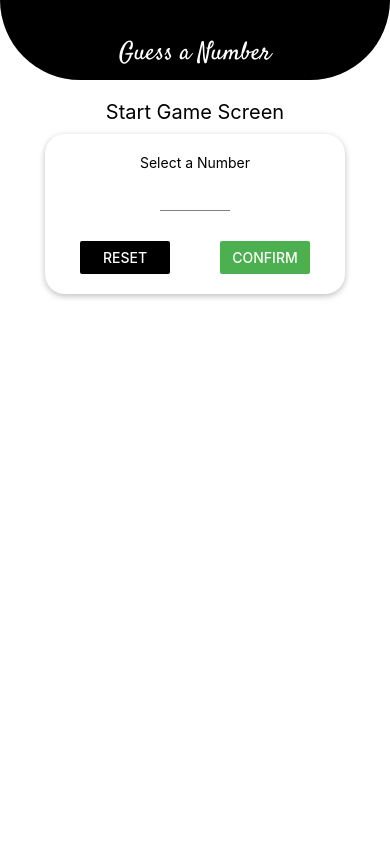
Repository: oguzhan18m/react-native-guess-number-game
Screen: /
These files come from the project's save history. The screen is drawn as it stood at one moment and after the next save; the edit follows.
The app was drawn by React Native's web renderer in a window 390 px wide. The project was rebuilt for these pictures with package versions that can differ from the ones it lists, and the page was loaded fresh each time. Some packages were replaced by stand-ins written for this rebuild. Also part of the build but not shown: screens/GameScreen.js, screens/GameOver.js.

Above is the screen before, as saved 2021-03-05 17:03:22.

### App.js
import React, { useState } from 'react';
import { StyleSheet, Text, View } from 'react-native';
import Header from './components/Header';
import StartGameScreen from './screens/StartGameScreen';
import GameScreen from './screens/GameScreen';
import GameOver from './screens/GameOver';
import * as Font from 'expo-font';
import { useFonts } from 'expo-font';
import AppLoading from 'expo-app-loading';

const fetchFonts = () => {
  return Font.loadAsync({
    'Satisfy' : require('./assets/fonts/Satisfy-Regular.ttf'),
  })
}

export default function App() {
  const [userNumber, setUserNumber] = useState();
  const [guessRounds, setGuessRounds] = useState(0);
  const [dataLoaded , setDataLoaded] = useState(false);


  if(!dataLoaded){
    return (
      <AppLoading startAsync={fetchFonts}  onFinish={() => setDataLoaded(true)}  onError={(err)=>console.log(err)} />
    )
  }


  const configureNewGameHandler = () =>{
    setGuessRounds(0);
    setUserNumber(null);
  }

  const startGameHandler = (selectedNum) =>{
    setUserNumber(selectedNum);
  }

    const gameOverHandler = (numOfRounds) =>{
      setGuessRounds(numOfRounds);
  }

  let content = <StartGameScreen onStartGame={startGameHandler} />;

  console.log(userNumber);

  if(userNumber && guessRounds <=0 ){
    content=<GameScreen userChoice={userNumber} onGameOver={gameOverHandler} />
  }else if(guessRounds >0){
    content= <GameOver roundsNumber={guessRounds} userNumber={userNumber} configureNewGameHandler={configureNewGameHandler} />;
  }
  return (
    <View style={styles.screen}>
      <Header title='Guess a Number' />
      {content}
    </View>
  );
}

const styles = StyleSheet.create({
  screen:{
    flex:1,

  }
});

### components/Header.js
import React from 'react';
import { StyleSheet, Text, View } from 'react-native';
import Colors from '../constants/Colors';

const Header = (props) => {
    return (
        <View style={styles.header}>
            <Text style={styles.headerTitle}>{props.title}</Text>

        </View>
    )
}

const styles = StyleSheet.create({
    header:{
        width:'100%',
        height:80,
        paddingTop:36,
        backgroundColor:'black',
        alignItems:'center',
        justifyContent:'center',
        borderBottomLeftRadius:150,
        borderBottomRightRadius:150,
    },
    headerTitle:{
        color:'white',
        fontSize:25,
        fontFamily:'Satisfy',
        marginBottom:10,
    }
});

export default Header;

### screens/StartGameScreen.js
import React, { useState } from 'react';
import { Button, StyleSheet, Text, View, TouchableWithoutFeedback, Keyboard, Alert } from 'react-native';
import Card from '../components/Card';
import Input from '../components/Input';
import Colors from '../constants/Colors';

const StartGameScreen = (props) => {
    const [ enteredValue, setEnteredValue] = useState('');
    const [ confirmed, setConfirmed] = useState(false);
    const [ selectedNumber, setSelectedNumber] = useState();



    const numberInputHandler = (inputText) =>{
        setEnteredValue(inputText);
    }

    const resetInputHandler = () =>{
        setEnteredValue('');
        setConfirmed(false);
    }

    const confirmInputHandler = () =>{
        const chosenNumber = parseInt(enteredValue);
        if(chosenNumber === NaN || chosenNumber <= 0 || chosenNumber > 99 ){
            Alert.alert('Invalid Number!' , 'Number has to be between 1 and 99.' ,[{text:'Okay', style:'destructive', onPress:resetInputHandler}]);
            return ;
        }
        setConfirmed(true);
        setSelectedNumber(chosenNumber);
        setEnteredValue('');
        Keyboard.dismiss()
    }

    let confirmedOutput;
    if(confirmed){
        confirmedOutput = (
            <Card style={styles.summaryContainer}>
                <Text>You selected</Text>
                <View style={styles.numberContainer}>
                    <Text style={styles.theNumber}>{selectedNumber}</Text>
                </View>
                <Button title='START GAME' onPress={()=> props.onStartGame(selectedNumber)} />
            </Card>
        )
    }
    return (
        <TouchableWithoutFeedback onPress={()=>Keyboard.dismiss()}>
        <View style={styles.screen}>
            <Text style={styles.title}>Start Game Screen</Text>
            <Card style={styles.inputContainer}>
                <Text>Select a Number</Text>
                <Input  style={styles.input}
                blurOnSubmit
                autoCapitalize='none'
                autoCorrect={false}
                keyboardType='number-pad'
                maxLength={2}
                onChangeText={numberInputHandler}
                value={enteredValue}
                />
                <View style={styles.buttonContainer}>
                    <View style={styles.button}>
                    <Button title='Reset' onPress={resetInputHandler} color={Colors.accent} />
                    </View>
                    <View style={styles.button}>
                    <Button title='Confirm' onPress={confirmInputHandler} color={Colors.primary} />
                    </View>
                </View>
            </Card>
            {confirmedOutput}
        </View>
        </TouchableWithoutFeedback>
    )
}

const styles = StyleSheet.create({
    screen : {
        flex:1,
        padding:10,
        alignItems:'center',

    },
    title:{
        fontSize:20,
        marginVertical:10,

    },
    buttonContainer:{
        flexDirection:'row',
        alignItems:'center',
        justifyContent:'space-between',
        width:'100%',
        paddingHorizontal:15,
    },
    inputContainer:{
        width:'80%',
        minWidth:300,
        alignItems:'center',
    },
    button: {
        width:90,
    },
    input:{
        width:70,
        textAlign:'center',
        marginBottom:30,
    },
    summaryContainer:{
        marginTop:20,
        alignItems:'center',
        width:'60%',
    },
    numberContainer:{
        borderWidth:5,
        borderColor: Colors.accent,
        padding:10,
        borderRadius:10,
        marginVertical:10,
        alignItems:'center',
        justifyContent:'center',
    },
    theNumber:{
        color:Colors.accent,
        fontSize:22,
    }

});

export default StartGameScreen;

### constants/Colors.js
export default {
    primary:'#4CAF50',
    accent:'black',
}

### components/Card.js
import React from 'react';
import { Button, StyleSheet, Text, TextInput, View } from 'react-native';

const Card = (props) => {
    return (
        <View style={{...styles.card, ...props.style}}>
            {props.children}
        </View>
    )
}



const styles = StyleSheet.create({
    card:{
        shadowColor:'black',
        shadowOffset:{width:0, height:2},
        shadowRadius:6,
        shadowOpacity:0.26,
        backgroundColor:'white',
        elevation:5,
        padding:20,
        borderRadius:20,
    }
});
export default Card;

### components/Input.js
import React from 'react';
import { Button, StyleSheet, Text, TextInput, View } from 'react-native';

const Input = (props) => {
    return (
            <TextInput {...props} style={{...styles.input , ...props.style }} />
    )
};


const styles = StyleSheet.create({
    input:{
        height:30,
        borderBottomColor:'grey',
        borderBottomWidth:1,
        marginVertical:10,
    }
});

export default Input;

After the next save:
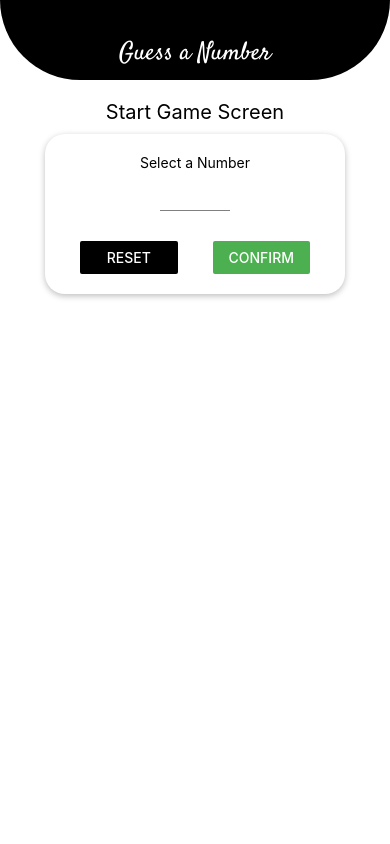
Saved 16 min 23 s later.
--- a/screens/StartGameScreen.js
+++ b/screens/StartGameScreen.js
@@ -1,8 +1,9 @@
 import React, { useState } from 'react';
-import { Button, StyleSheet, Text, View, TouchableWithoutFeedback, Keyboard, Alert } from 'react-native';
+import { Button, StyleSheet, Text, View, TouchableWithoutFeedback, Keyboard, Alert, Dimensions } from 'react-native';
 import Card from '../components/Card';
 import Input from '../components/Input';
 import Colors from '../constants/Colors';
+
 
 const StartGameScreen = (props) => {
     const [ enteredValue, setEnteredValue] = useState('');
@@ -99,7 +100,8 @@ const styles = StyleSheet.create({
         alignItems:'center',
     },
     button: {
-        width:90,
+        // width:90,
+        width: Dimensions.get('window').width / 4,
     },
     input:{
         width:70,
